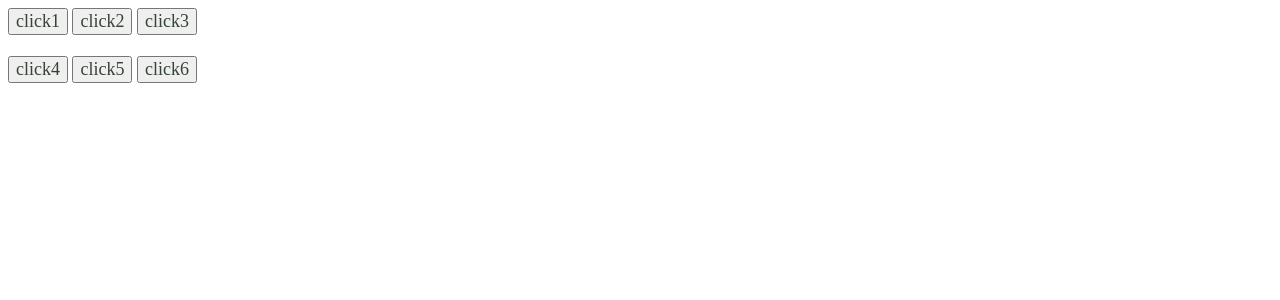
Repository: youngsik0405/Web-study
Page: JsonApp/WebContent/JsonTest07.html
These files come from the project's save history. The page is drawn as it stood at one moment and after the next save; the edit follows.
The browser window is 1280 px wide. The pictures show the whole page.

Above is the page before, as saved 2025-02-05 02:37:56.

### JsonApp/WebContent/JsonTest07.html
<!DOCTYPE html>
<html>
<head>
<meta charset="UTF-8">
<title>JsonTest07.html</title>
<link rel="stylesheet" type="text/css" href="css/main.css">
<script type="text/javascript">

	var myJsonObject7 =
	[
		"test"
	]

	var myJsonObject7_1 =
	[
		"test1", "test2"
	]

	var myJsonObject7_2 =
	[
		"test1", "test2", 123, 123+1
	]

</script>


</head>
<body>

<form>

	<input type="button" value="click1" onclick="alert(myJsonObject7)">
	<!-- test -->

	<input type="button" value="click2" onclick="alert(myJsonObject7_1)">
	<!-- test1, test2 -->

	<input type="button" value="click3" onclick="alert(myJsonObject7_2)">
	<!-- test1, test2, 123, 124 -->

	<br><br>


	<input type="button" value="click4" onclick="alert(typeof myJsonObject7)">
	<!-- object -->

	<input type="button" value="click5" onclick="alert(typeof myJsonObject7_1)">
	<!-- object -->

	<input type="button" value="click6" onclick="alert(typeof myJsonObject7_2)">
	<!-- object -->


	<br><br>

</form>



</body>
</html>

### JsonApp/WebContent/css/main.css
@charset "UTF-8";

/* main.css */

*
{
	font-family: 맑은 고딕;
	color: #334433;
}

body, p, div, span, input, table, th, td, select
{
	font-size: 18px;
}

.control
{
	border: 1px solid gray;
	border-radius: 3px;
}

.table
{
	border-collapse: collapse;
	width: 100%;
}

.table th, .table td
{
	border: 1px solid gray;
	border-left: 0px;
	border-right: 0px;
	padding: 3px;
	line-height: 150%;
}

.table th
{
	font-weight: bold;
	background-color: #eeeeee;
}

.btn
{
	font-weight: bold;
}

.btn:hover
{
	color: white;
	background-color: #778877;
}

After the next save:
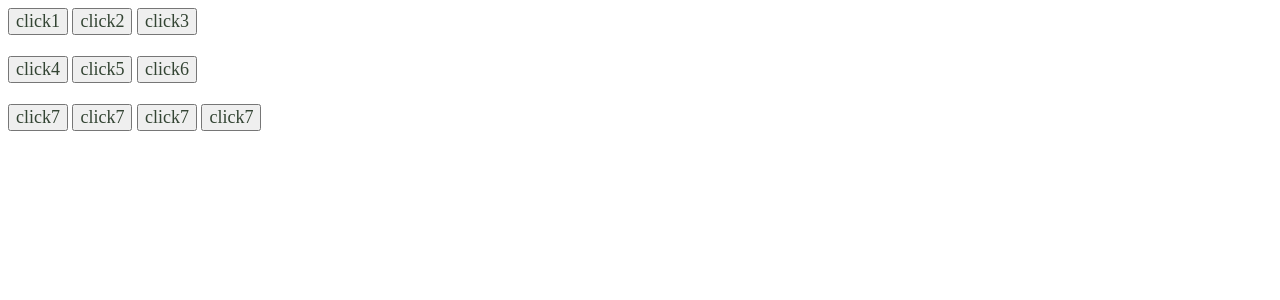
Saved 71 s later.
--- a/JsonApp/WebContent/JsonTest07.html
+++ b/JsonApp/WebContent/JsonTest07.html
@@ -53,6 +53,12 @@
 
 	<br><br>
 
+
+	<input type="button" value="click7" onclick="alert(myJsonObject7[0])">
+	<input type="button" value="click7" onclick="alert(typeof myJsonObject7[0])">
+	<input type="button" value="click7" onclick="alert(myJsonObject7[1])">
+	<input type="button" value="click7" onclick="alert(typeof myJsonObject7[1])">
+
 </form>
 
 
